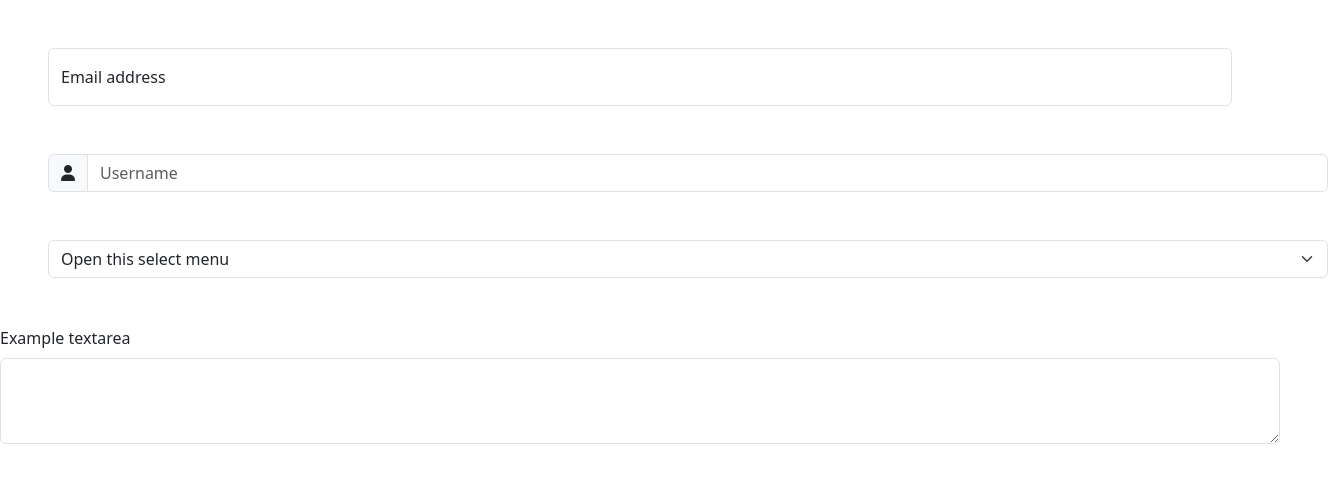
Repository: Riyakashiwala/practical
Page: riya 6th sem/form.html
These files come from the project's save history. The page is drawn as it stood at one moment and after the next save; the edit follows.
The browser window is 1280 px wide. The page is 1328 px wide, so the pictures cover 1328 px, including what lies to the right of the window. The pictures show the whole page.

Above is the page before, as saved 2024-12-12 06:10:15.

### riya 6th sem/form.html
<!DOCTYPE html>
<html lang="en">
<head>
    <meta charset="UTF-8">
    <meta name="viewport" content="width=device-width, initial-scale=1.0">
    <title>Document</title>
    <link href="https://cdn.jsdelivr.net/npm/bootstrap@5.3.3/dist/css/bootstrap.min.css" rel="stylesheet" integrity="sha384-QWTKZyjpPEjISv5WaRU9OFeRpok6YctnYmDr5pNlyT2bRjXh0JMhjY6hW+ALEwIH" crossorigin="anonymous">
    <link rel="stylesheet" href="https://cdnjs.cloudflare.com/ajax/libs/font-awesome/6.7.1/css/all.min.css">
</head>
<body>
    <div class="form-floating mb-3 m-5">
        <input type="email" class="form-control" id="floatingInput" placeholder="name@example.com">
        <label for="floatingInput">Email address</label>
    </div>

    <div class="input-group mb-3 m-5">
        <span class="input-group-text" id="basic-addon1"><i class="fa fa-user" aria-hidden="true"></i>
        </span>
        <input type="text" class="form-control" placeholder="Username" aria-label="Username" aria-describedby="basic-addon1">
    </div>

    <select class="form-select m-5" aria-label="Default select example">
        <option selected>Open this select menu</option>
        <option value="1">BCA</option>
        <option value="2">BBA</option>
        <option value="3">MCA</option>
    </select>

    <div class="mb-3 ">
        <label for="exampleFormControlTextarea1" class="form-label">Example textarea</label>
        <textarea class="form-control" id="exampleFormControlTextarea1" rows="3"></textarea>
    </div>
    <script src="https://cdn.jsdelivr.net/npm/bootstrap@5.3.3/dist/js/bootstrap.bundle.min.js" integrity="sha384-YvpcrYf0tY3lHB60NNkmXc5s9fDVZLESaAA55NDzOxhy9GkcIdslK1eN7N6jIeHz" crossorigin="anonymous"></script>
</body>
</html>

After the next save:
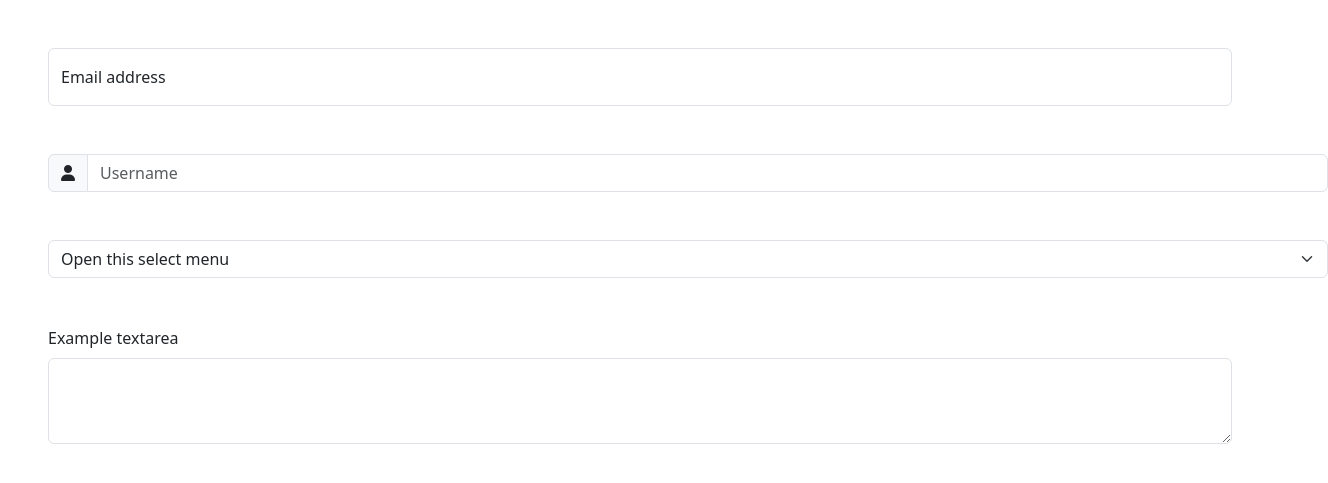
Saved 6 s later.
--- a/riya 6th sem/form.html
+++ b/riya 6th sem/form.html
@@ -26,7 +26,7 @@
         <option value="3">MCA</option>
     </select>
 
-    <div class="mb-3 ">
+    <div class="mb-3 m-5">
         <label for="exampleFormControlTextarea1" class="form-label">Example textarea</label>
         <textarea class="form-control" id="exampleFormControlTextarea1" rows="3"></textarea>
     </div>
